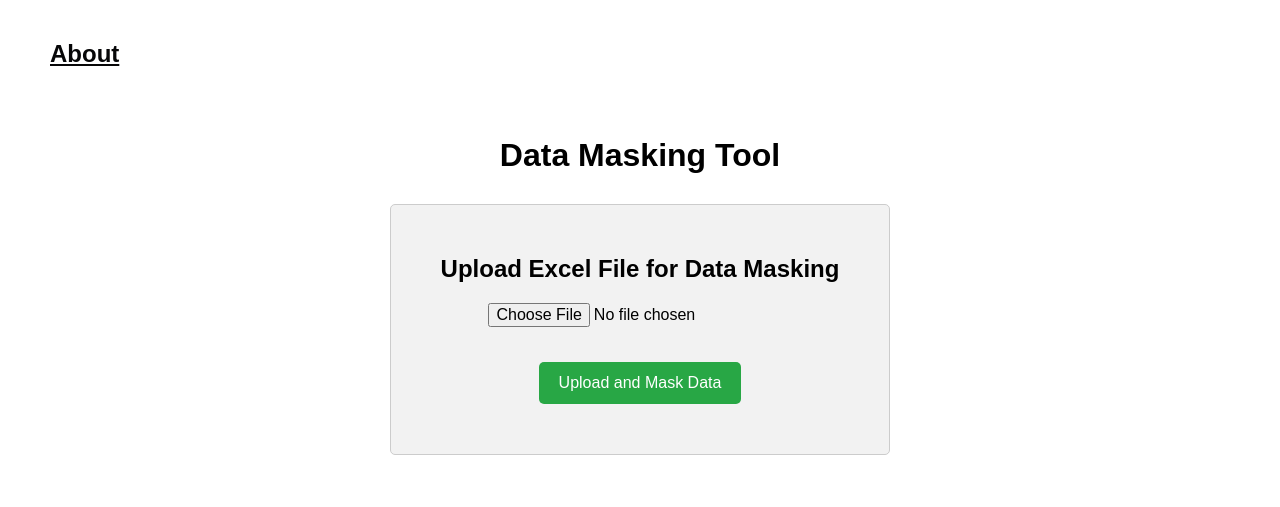
Repository: prithika12/DataMasking_Tool
Page: index.html
The author's editor kept a copy of each file at every save. The page is drawn from the files as they stood at one save, then again after the next save.
The browser window is 1280 px wide. The pictures show the whole page.

Above is the page before, as saved 2024-07-09 12:28:23.

### index.html
<!DOCTYPE html>
<html>
<head>
    <title>Data Masking Tool</title>
    <link rel="stylesheet" type="text/css" href="styles.css">
</head>
<body>
    <h1>Data Masking Tool</h1>
    <div class="container">
        <h2>Upload Excel File for Data Masking</h2>
        <form action="/uploader" method="post" enctype="multipart/form-data">
            <input type="file" name="file" accept=".xlsx">
            <button type="submit">Upload and Mask Data</button>
        </form>
    </div>
    <div class="about-link">
        <a href="https://github.com/prithika12/DataMasking_Tool/blob/main/README.md" target="_blank">About</a>
    </div>
</body>
</html>

### styles.css
/* styles.css */
body {
    font-family: Arial, sans-serif;
    display: flex;
    flex-direction: column; /* Align items in a column */
    justify-content: center; /* Center vertically */
    align-items: center; /* Center horizontally */
    height: 80vh; /* Full viewport height */
}
.container {
    max-width: 600px;
    padding: 30px 50px;
    background-color: #f2f2f2;
    border: 1px solid #ccc;
    border-radius: 5px;
    text-align: center; /* Center text inside container */
}
h1 {
    text-align: center; /* Center text */
    margin-top: 0; /* Remove default margin */
    margin-bottom: 30px;
}
h2 {
    text-align: center;
}
input[type="file"] {
    display: block;
    font-size: medium;
    margin: 20px auto;
}
button {
    display: block;
    margin: 20px auto;
    font-size: medium;
    margin-top: 35px;
    padding: 12px 20px;
    background-color: #28a745;
    color: white;
    border: none;
    border-radius: 5px;
    cursor: pointer;
}
button:hover {
    background-color: #218838;
}
.about-link {
    position: absolute;
    top: 20px;
    left: 20px;
    padding: 20px 30px;
}
.about-link a {
    color: #070708;
    font-size: x-large;
    font-weight: bold;
    text-decoration: underline;
}
.about-link a:hover {
    text-decoration: underline;
}

After the next save:
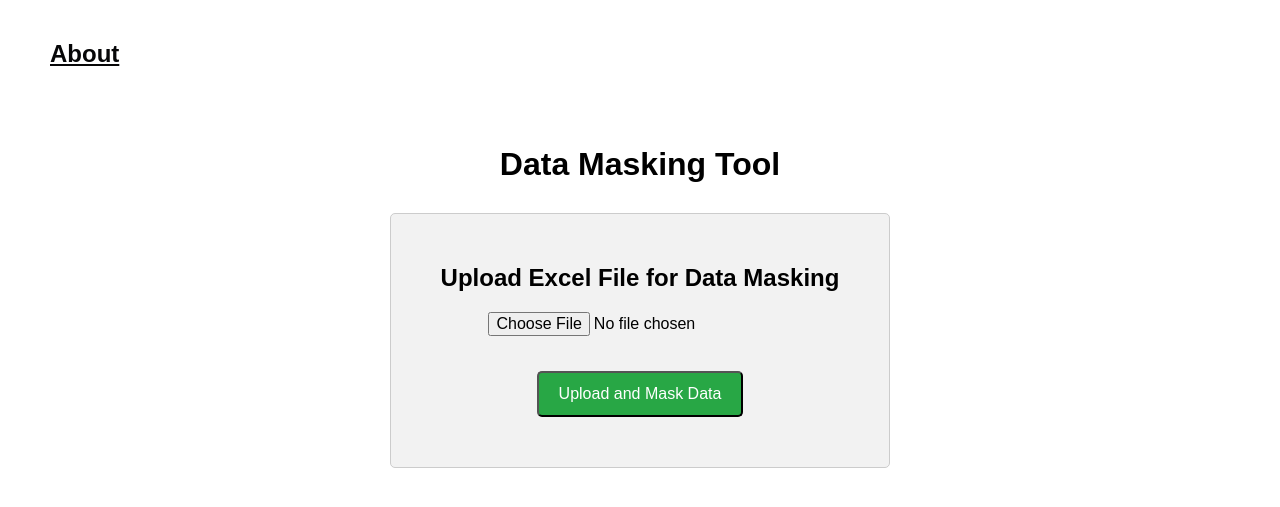
Saved 47 s later.
--- a/styles.css
+++ b/styles.css
@@ -17,7 +17,6 @@ body {
 }
 h1 {
     text-align: center; /* Center text */
-    margin-top: 0; /* Remove default margin */
     margin-bottom: 30px;
 }
 h2 {
@@ -36,7 +35,6 @@ button {
     padding: 12px 20px;
     background-color: #28a745;
     color: white;
-    border: none;
     border-radius: 5px;
     cursor: pointer;
 }
@@ -55,6 +53,3 @@ button:hover {
     font-weight: bold;
     text-decoration: underline;
 }
-.about-link a:hover {
-    text-decoration: underline;
-}
